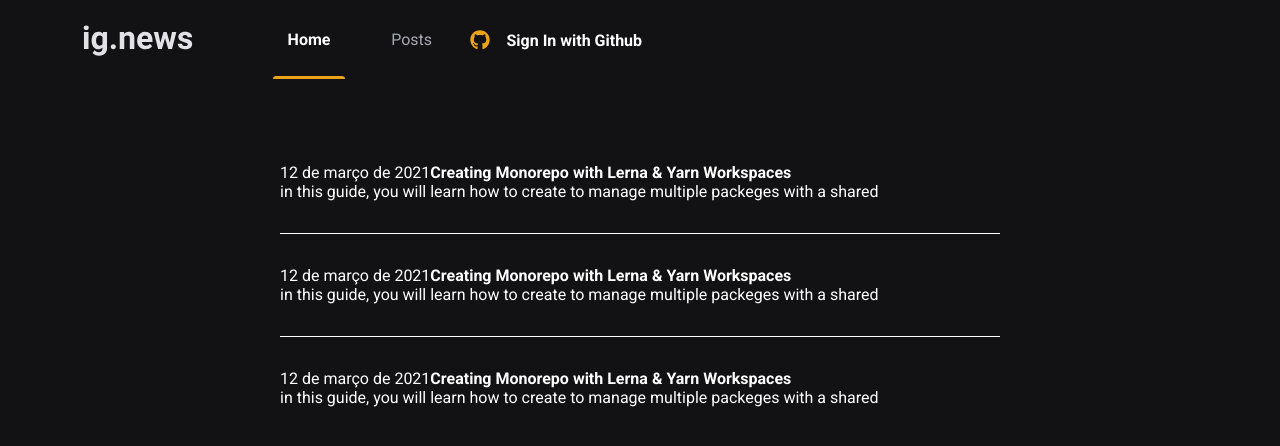
Repository: soualexandre/ignews
Page: /posts
An editor plug-in stored every save of this project. The page is shown before and after the next save, followed by the edit.
The browser window is 1280 px wide. The pictures show the whole page.
The page's requests for data from a server got no answer. The project was rebuilt for these pictures with package versions that can differ from the ones it lists, and the page was loaded fresh each time. The framework's server and built-in components were replaced by stand-ins that run in the browser. No one was signed in, and anything a server would have sent is missing.

Above is the page before, as saved 2021-07-30 09:05:58.

### src/pages/_app.tsx
import { AppProps } from 'next/app'
import { Header } from '../components/Header';
import {Provider as NextAuthProvider} from 'next-auth/client'
import '../styles/global.scss';

function MyApp({ Component, pageProps }: AppProps) {
  return(
  <NextAuthProvider session={pageProps.session}>
    <Header />
    <Component {...pageProps} />
  </NextAuthProvider>
  );
}

export default MyApp;

### src/pages/_document.tsx
import Document, { Html, Head, Main, NextScript } from 'next/document'
export default class MyDocument extends Document {
    render() {
        return (
            <Html>
                <Head>
                    <link rel="preconnect" href="https://fonts.googleapis.com" />
                    <link href="https://fonts.googleapis.com/css2?family=Roboto:wght@400;700;900&display=swap" rel="stylesheet" />
                    <link rel="shortcut icon" href="/favicon.png" type="image/png" />
                </Head>
                <body>
                    <Main />
                    <NextScript />
                </body>
            </Html>

        )
    }
}

### src/pages/posts/index.tsx
import styles from './styles.module.scss'
import Head from 'next/head';


export default function Header() {
    return (
        <>
            <Head>
                <title>Posts | ig.news</title>
            </Head>

            <main className={styles.container}>
                <div className={styles.posts}>
                    <a href="#">
                        <time>12 de março de 2021</time>
                        <strong>Creating Monorepo with Lerna & Yarn Workspaces</strong>
                        <p>in this guide, you will learn how to create to manage multiple packeges with a shared </p>
                    </a>
                    <a href="#">
                        <time>12 de março de 2021</time>
                        <strong>Creating Monorepo with Lerna & Yarn Workspaces</strong>
                        <p>in this guide, you will learn how to create to manage multiple packeges with a shared </p>
                    </a>
                    <a href="#">
                        <time>12 de março de 2021</time>
                        <strong>Creating Monorepo with Lerna & Yarn Workspaces</strong>
                        <p>in this guide, you will learn how to create to manage multiple packeges with a shared </p>
                    </a>
                </div>
            </main>
        </>
    )
}

### src/components/Header/index.tsx
import { SignInButton } from '../SignInButton'
import styles from './styles.module.scss'
export function Header() {
    return (
        <header className={styles.headerContainer}>
            <div className={styles.headerContent}>
                <img src="/images/logo.svg" alt="ig.news" />
                <nav>
                    <a href="#" className={styles.active}>Home</a>
                    <a href="#">Posts</a>
                </nav>
                <SignInButton/>
            </div>
        </header>
    )
}

### src/styles/global.scss
*{
    margin: 0;
    padding: 0;
    box-sizing: border-box;
}

:root{
    --white: #ffffff;
    --gray-100: #e1e1e6;
    --gray-300: #a8a8b3;
    --gray-800: #29292e;
    --gray-900: #121214;
    --cyan-500: #61dafb;
    --yellow-500: #eba417;
}

@media(max-width: 1080px){
    html{
        font-size: 93.75%;
    }
}
@media(max-width: 720PX){
    html{
        font-size: 87.5%;
    }
}

body{
    background: var(--gray-900);
    color: var(--white);
}
body, input, textarea, select, button{
    font: 400 1rem "Roboto", sans-serif;
}
button{
    cursor: pointer
}
a{
    color: inherit;
    text-decoration: none;
}

### src/pages/posts/styles.module.scss
.container{
    max-width: 1120px;
    margin: 0 auto;
    padding: 0.2rem;
}

.posts{
    max-width:720px;
    margin: 5rem auto 0;

    a{
        display: block;

        & + a {
            margin-top: 2rem;
            padding-top: 2rem;
            border-top: 1px solid;
        }
    }
}

### src/components/SignInButton/index.tsx
import { FaGithub } from 'react-icons/fa'
import styles from './styles.module.scss'
import {FiX} from 'react-icons/fi';
import {signIn,signOut, useSession} from 'next-auth/client'

export function SignInButton(){

    const [session] = useSession();


    return session ? (
        <button
        type="button"
        className={styles.signInButton}
        onClick={ () => signOut()}
        >
            <FaGithub color="#04d361"/>
            {session.user.name}
            <FiX color="#737388" className={styles.closeIcon} />
        </button>
          ) : (
            <button
            type="button"
            className={styles.signInButton}
            onClick={ () => signIn('github')}
            >
                <FaGithub color="#eba417"/>
                Sign In with Github
            </button>
        );
}

### src/components/Header/styles.module.scss
.headerContainer {
    height: 5rem;
    border-radius: 1px solid var(--gray-800);
}
.headerContent {
    max-width: 1120px;
    height: 5rem;
    margin: 0 auto;
    padding: 0.2rem;
    display: flex;
    align-items: center;

    nav {
        margin-left: 5rem;
        height: 5rem;
        a {
            display: inline-block;
            position: relative;
            padding: 0 0.9rem;
            height: 5rem;
            line-height: 5rem;
            color: var(--gray-300);

            transition: color 0.2s;

            & + a {
                margin-left: 2rem;
            }

            &:hover {
                color: var(--white);
            }
            &.active {
                color: var(--white);
                font-weight: bold;
            }

            &.active::after {
                content: "";
                height: 3px;
                border-radius: 3px 3px 0 0;
                width: 100%;
                position: absolute;
                bottom: 1px;
                left: 0;
                background: var(--yellow-500);
            }
        }
    }
}

### src/components/SignInButton/styles.module.scss
.signInButton{
    height: 3rem;
    border-radius: 3rem;
    background: var(--gray-850);
    border: 0;
    padding: 0 1.5rem;

    display: flex;
    align-items: center;
    justify-content: center;

    color: var(--white);
    font-weight: bold;

    svg{
        width: 20px;
        height: 20px;
    }
    svg:first-child{
        margin-right: 1rem;
    }
    svg.closeIcon{
        margin-left: 1rem;
    }
    transition: filter 0.2s;
    &:hover{
        filter: brightness(0.8);
    }
}

After the next save:
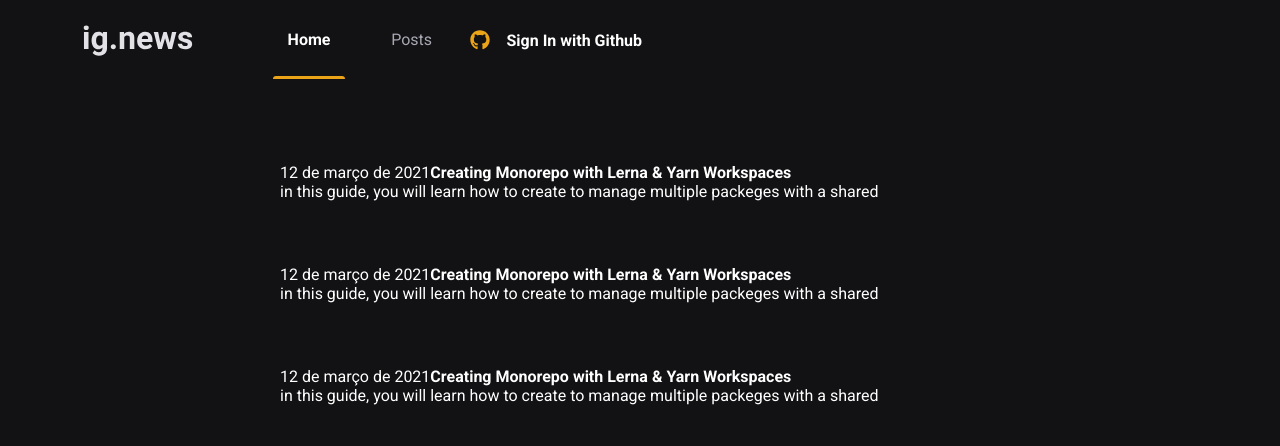
Saved 86 s later.
--- a/src/pages/posts/styles.module.scss
+++ b/src/pages/posts/styles.module.scss
@@ -14,7 +14,7 @@
         & + a {
             margin-top: 2rem;
             padding-top: 2rem;
-            border-top: 1px solid;
+            border-top: 1px solid var(--gray-700);
         }
     }
 }
